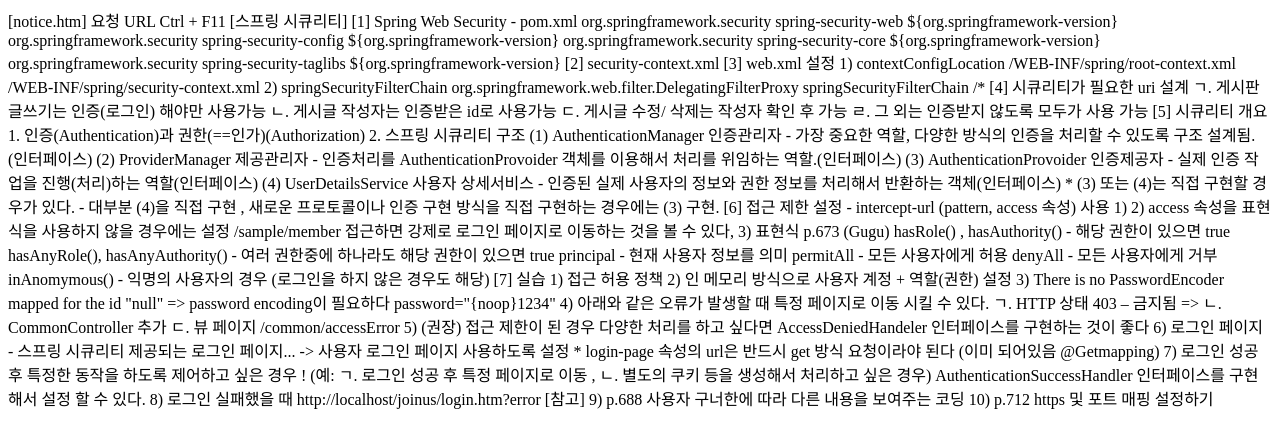
Repository: Vida0822/-
Page: SL11_SECURITY/src/main/webapp/customer/notice.htm
An editor plug-in stored every save of this project. The page is shown before and after the next save, followed by the edit.
The browser window is 1280 px wide. The pictures show the whole page.

Above is the page before, as saved 2023-07-04 03:30:17.

After the next save:
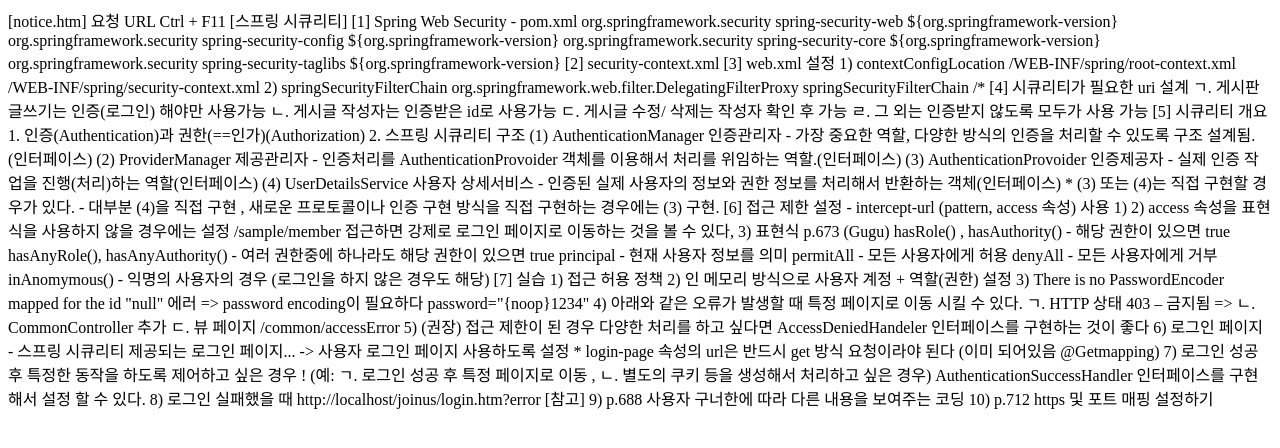
Saved 13 min 41 s later.
--- a/SL11_SECURITY/src/main/webapp/customer/notice.htm
+++ b/SL11_SECURITY/src/main/webapp/customer/notice.htm
@@ -54,7 +54,6 @@
   </param-value>
 </context-param>
 
-
 2)
 <filter>
   <filter-name>springSecurityFilterChain</filter-name>
@@ -64,7 +63,6 @@
       <filter-name>springSecurityFilterChain</filter-name>
       <url-pattern>/*</url-pattern>
 </filter-mapping>
-
 
 
 [4] 시큐리티가 필요한 uri 설계
@@ -89,7 +87,6 @@
         - 대부분 (4)을 직접 구현 , 새로운 프로토콜이나 인증 구현 방식을 직접 구현하는 경우에는 (3) 구현.
 
 
-
 [6] 접근 제한 설정 - intercept-url (pattern, access  속성) 사용
 1)
 <http>
@@ -106,7 +103,6 @@
 permitAll - 모든 사용자에게 허용
 denyAll - 모든 사용자에게 거부
 inAnomymous() - 익명의 사용자의 경우 (로그인을 하지 않은 경우도 해당)
-
 
 
 [7] 실습
@@ -126,7 +122,7 @@
 	</security:authentication-provider>
 </security:authentication-manager>
 
-3) There is no PasswordEncoder mapped for the id "null"
+3) There is no PasswordEncoder mapped for the id "null" 에러
 => password encoding이 필요하다
 password="{noop}1234"
 
@@ -137,7 +133,6 @@
 ㄴ. CommonController 추가
 ㄷ. 뷰 페이지 /common/accessError
 
-
 5) (권장) 접근 제한이 된 경우 다양한 처리를 하고 싶다면 AccessDeniedHandeler 인터페이스를 구현하는 것이 좋다
 
 6) 로그인 페이지 - 스프링 시큐리티 제공되는 로그인 페이지...
@@ -145,7 +140,6 @@
    <security:form-login login-page="/joinus.login.htm"/>
 
 * login-page 속성의 url은 반드시 get 방식 요청이라야 된다 (이미 되어있음 @Getmapping)
-
 
 7) 로그인 성공 후 특정한 동작을 하도록 제어하고 싶은 경우 !
 (예: ㄱ. 로그인 성공 후 특정 페이지로 이동 , ㄴ. 별도의 쿠키 등을 생성해서 처리하고 싶은 경우)
